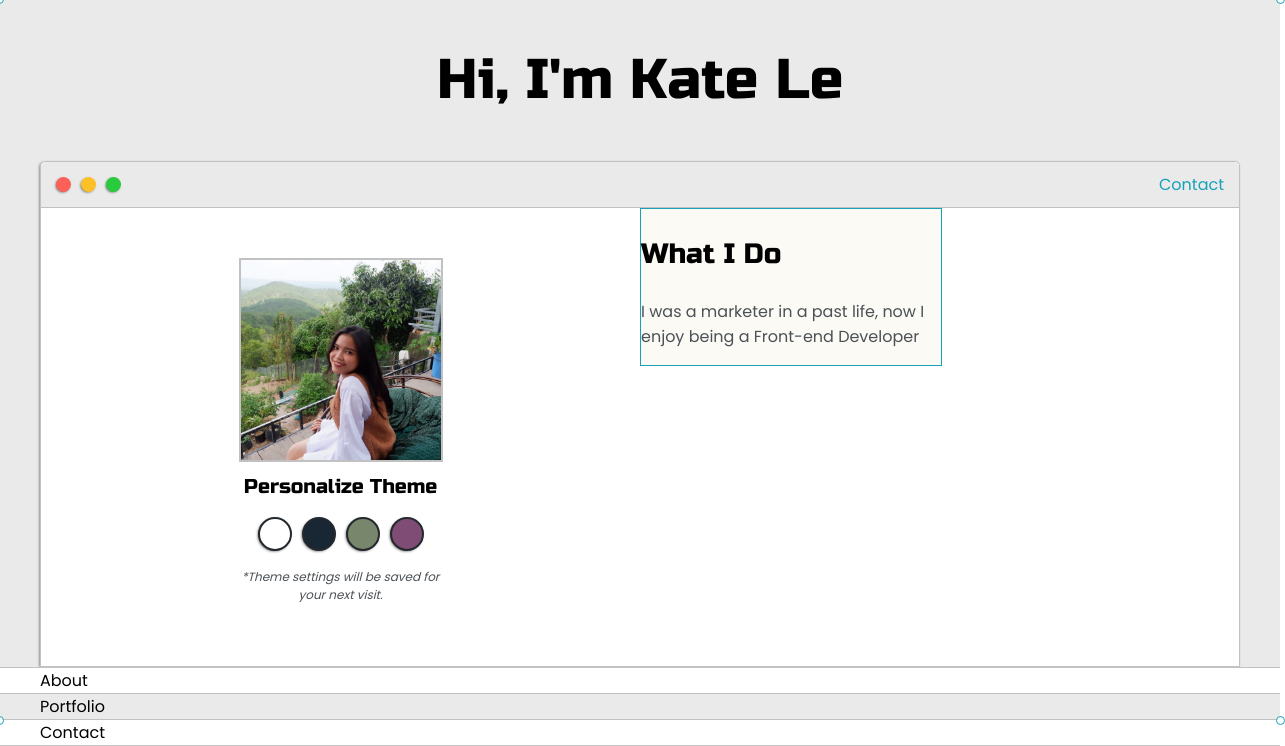
Repository: kate30980/my-persponal-website
Page: index.html
An editor plug-in stored every save of this project. The page is shown before and after the next save, followed by the edit.
The browser window is 1280 px wide. The page is 1285 px wide, then 1280 px, so the pictures cover 1285 px, including what lies to the right of the window. The pictures show the whole page.

Above is the page before, as saved 2021-08-26 21:36:38.

After the next save:
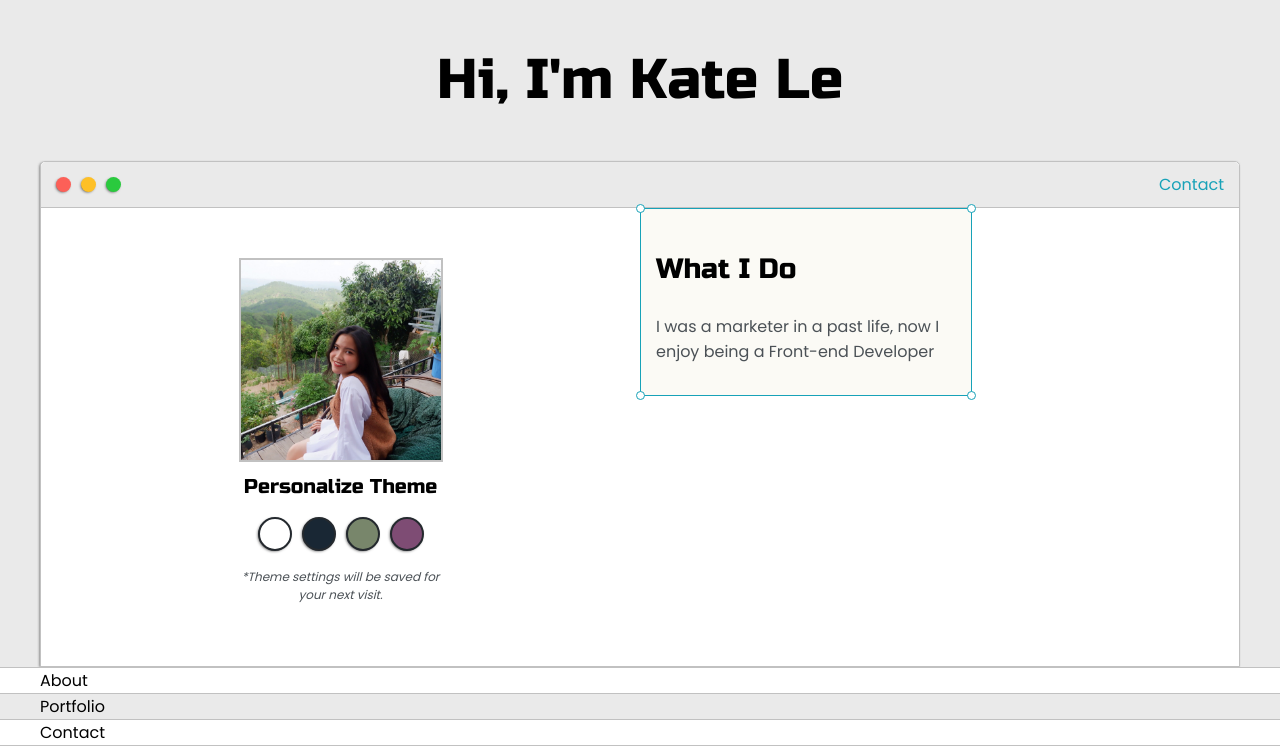
Saved 52 s later.
--- a/main.css
+++ b/main.css
@@ -212,6 +212,8 @@
   width: 300px;
   border: 1.5px solid #17a2b8;
   background-color: var(--previewBg);
+  padding: 15px;
+  position: relative;
 }
 .corner {
   width: 7px;
